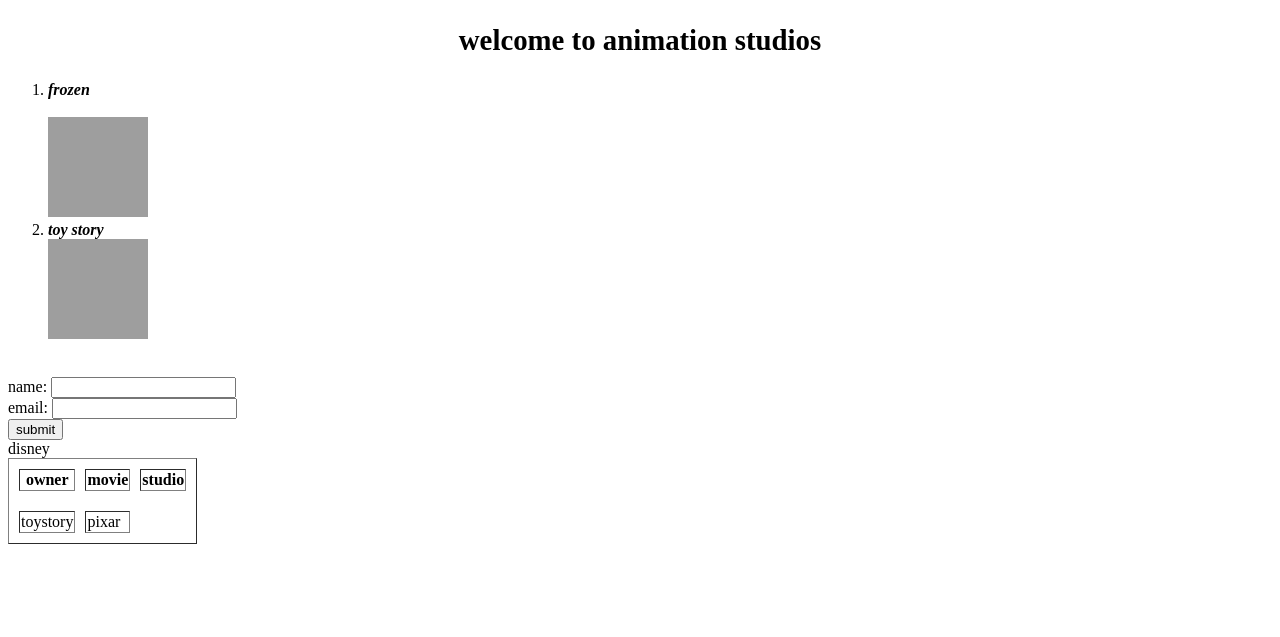
Repository: Rock-ass/New-folder--2-
Page: index.html
These files come from the project's save history. The page is drawn as it stood at one moment and after a run of saves; the edit follows.
The browser window is 1280 px wide. The pictures show the whole page.
Pictures or frames that could not be fetched are drawn as grey boxes.

Above is the page before, as saved 2021-12-24 21:42:09.

### index.html
<!DOCTYPE html>
<html lang="en">
    <html>
<head>
<meta charset="UTF-8">
<meta name="viewport" content="width=device-width, initial-scale=1.0">
<meta name= disney content="disney fan club">
<title> disney</title>
</head>
<body>
   <main>
   <section>
<big><h1 style="text-align: center;">welcome to animation studios</h1></big>

<ol>
<li>
   <strong><i>frozen</i></strong>

</li>
<br>
<img id:"img1"  src ="https://i.pinimg.com/originals/57/70/b2/5770b24cdb30423f5d6070719b9b01fb.jpg"  width="100" height="100" alt="frozen">
<style>
    img1{



    }

</style>
<br>

<li>
    <strong> <i>toy story</i> </strong>
    <br>
    <img id:"img2"  src ="https://m.media-amazon.com/images/M/MV5BMTgxOTY4Mjc0MF5BMl5BanBnXkFtZTcwNTA4MDQyMw@@._V1_FMjpg_UX1000_.jpg"  width="100" height="100" alt="frozen">
    <style>
        img2{



        }

    </style>
</li>
<br>






</ol>
<form action="results.html" method="get">
    <div>
        <label for="name">
            name:
<input type="name" id="name" required >
</label>
</div>
<div>
    <label for="email">email:
<input type="email" id="email" required >
<div>
<input type="submit" value="submit" required>
</div>
</label>
</div>

</form>

   </section>
<table cellpadding=1 border=1 cellspacing=10>
<tr>
    <th>owner</th>
<th>
    movie
</th>
<th>
   studio
</th>

<tr aria-colspan="2">
    disney
</tr>
</tr>
<tr>
<td>toystory</td>
<td>pixar</td>






</tr>








</table>







   </main>






</body>





















    </html>

After the next 2 saves:
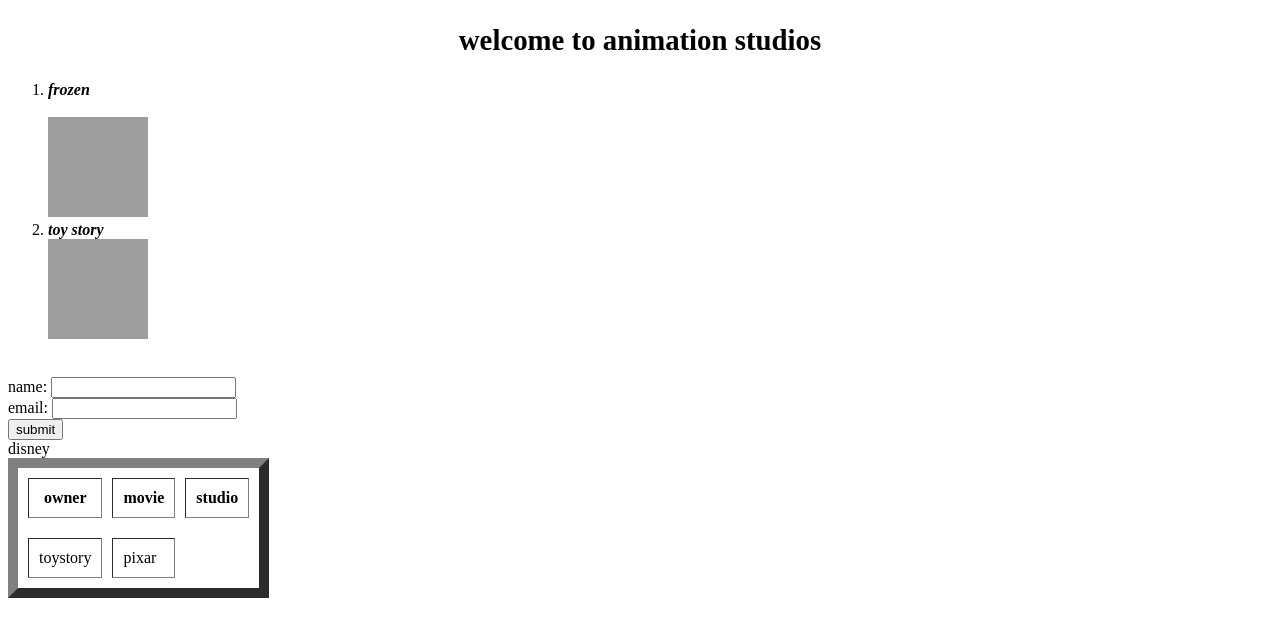
The 2 saves are shown as one change because they came seconds apart.
The last was saved 6 s later.
--- a/index.html
+++ b/index.html
@@ -69,7 +69,7 @@
 </form>
 
    </section>
-<table cellpadding=1 border=1 cellspacing=10>
+<table cellpadding=10 border=10 cellspacing=10>
 <tr>
     <th>owner</th>
 <th>
